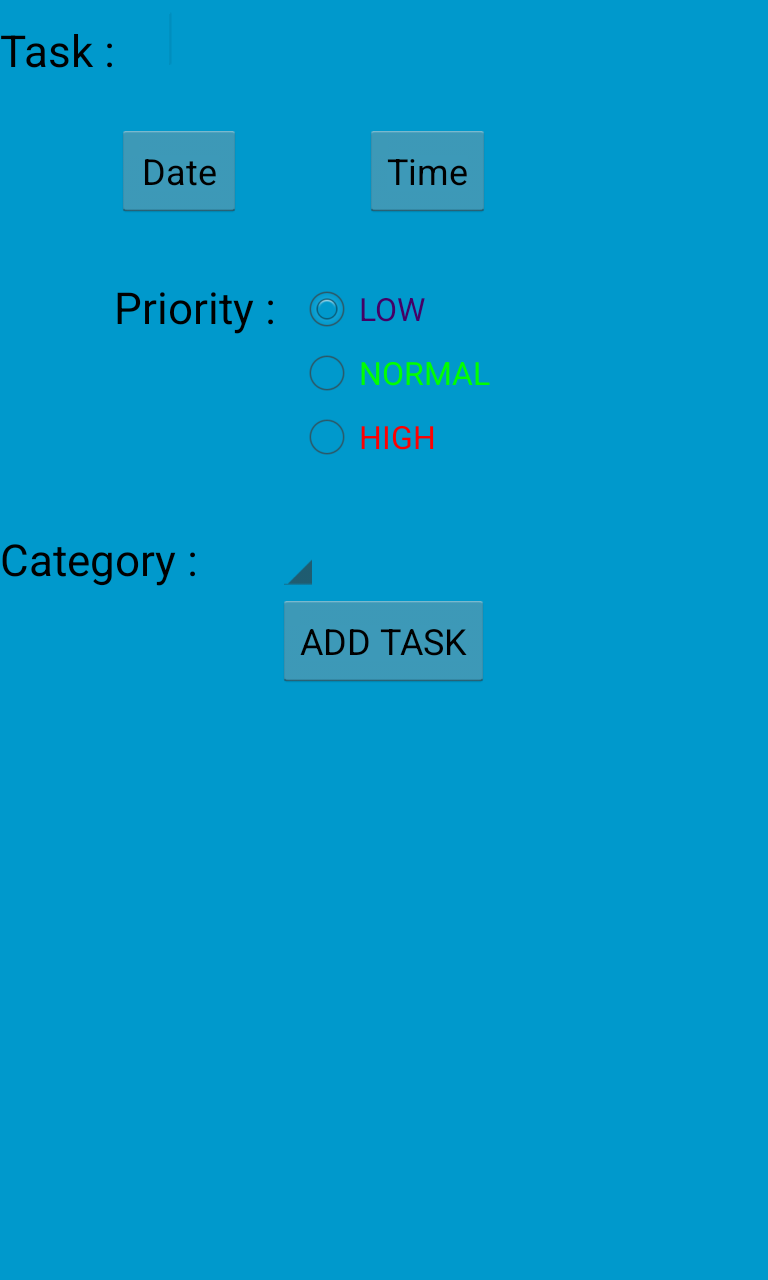
Repository: satyadarls/ToDo
Layout: ToDo/res/layout/customdialog_layout.xml
These files come from the project's save history. The layout is drawn as it stood at one moment and after the next save; the edit follows.
It is drawn on a 768 x 1280 px phone screen (xhdpi) without system bars, with theme AppTheme; the app's code is not run.

Above is the layout before, as saved 2014-07-08 09:36:24.

### ToDo/res/layout/customdialog_layout.xml
<?xml version="1.0" encoding="utf-8"?>
<RelativeLayout xmlns:android="http://schemas.android.com/apk/res/android"
    xmlns:android1="http://schemas.android.com/apk/res/android"
    android:layout_width="match_parent"
    android:layout_height="match_parent"
    android:background="#0099CC" >

    <TextView
        android:id="@+id/textView1"
        android:layout_width="wrap_content"
        android:layout_height="wrap_content"
        android:layout_alignBottom="@+id/dialogTaskText"
        android:layout_alignParentLeft="true"
        android:text="Task :"
        android:textAppearance="?android:attr/textAppearanceLarge" />

    <Button
        android:id="@+id/timebutton"
        android:layout_width="wrap_content"
        android:layout_height="wrap_content"
        android:layout_alignBaseline="@+id/datebutton"
        android:layout_alignBottom="@+id/datebutton"
        android:layout_marginLeft="60dp"
        android:layout_toRightOf="@+id/datebutton"
        android:text="Time" />

    <Button
        android:id="@+id/datebutton"
        android:layout_width="wrap_content"
        android:layout_height="wrap_content"
        android:layout_below="@+id/dialogTaskText"
        android:layout_marginTop="22dp"
        android:layout_toRightOf="@+id/textView1"
        android:text="Date" />

    <EditText
        android:id="@+id/dialogTaskText"
        android:layout_width="wrap_content"
        android:layout_height="wrap_content"
        android:layout_alignLeft="@+id/datebutton"
        android:layout_alignParentTop="true"
        android:layout_marginLeft="15dp"
        android:ems="10" >

        <requestFocus />
    </EditText>

    <RadioGroup
        android:id="@+id/radioGroup1"
        android:layout_width="wrap_content"
        android:layout_height="wrap_content"
        android:layout_alignRight="@+id/dialogButton"
        android:layout_below="@+id/timebutton"
        android:layout_marginTop="29dp" >

        <RadioButton
            android:id="@+id/radio0"
            android:layout_width="wrap_content"
            android:layout_height="wrap_content"
            android:checked="true"
            android:textColor="#440066"
            android:text="LOW" />

        <RadioButton
            android:id="@+id/radio1"
            android:layout_width="wrap_content"
            android:layout_height="wrap_content"
            android:textColor="#00ff00"
            android:text="NORMAL" />

        <RadioButton
            android:id="@+id/radio2"
            android:layout_width="wrap_content"
            android:layout_height="wrap_content"
            android:textColor="#ff0000"
            android:text="HIGH" />
    </RadioGroup>

    <TextView
        android:id="@+id/textView2"
        android:layout_width="wrap_content"
        android:layout_height="wrap_content"
        android:layout_alignTop="@+id/radioGroup1"
        android:layout_toLeftOf="@+id/dialogButton"
        android:text="Priority :"
        android:textAppearance="?android:attr/textAppearanceLarge" />

    <TextView
        android1:id="@+id/textView3"
        android1:layout_width="wrap_content"
        android1:layout_height="wrap_content"
        android1:layout_alignParentLeft="true"
        android1:layout_below="@+id/radioGroup1"
        android1:layout_marginTop="30dp"
        android1:text="Category :"
        android1:textAppearance="?android:attr/textAppearanceLarge" />

    <Spinner
        android1:id="@+id/spinnercategory"
        android1:layout_width="wrap_content"
        android1:layout_height="wrap_content"
        android1:layout_alignTop="@+id/textView3"
        android1:layout_toRightOf="@+id/textView2" />

    <Button
        android1:id="@+id/dialogButton"
        android1:layout_width="wrap_content"
        android1:layout_height="wrap_content"
        android1:layout_below="@+id/spinnercategory"
        android1:layout_centerHorizontal="true"
        android1:text="ADD TASK" />

</RelativeLayout>

Loaded but not shown: ToDo/res/values/styles.xml (common file); ToDo/res/values-v11/styles.xml (common file); ToDo/res/values-v14/styles.xml (common file)

After the next save:
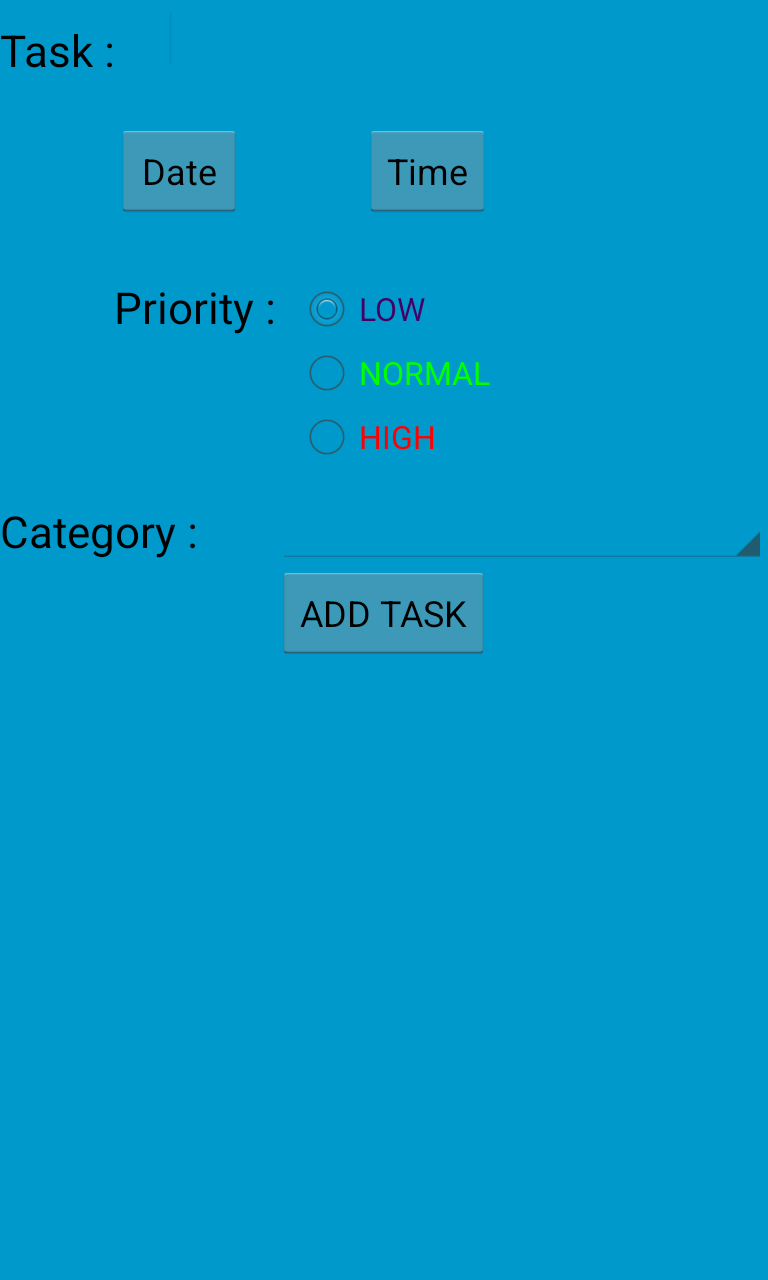
Saved 42 s later.
--- a/ToDo/res/layout/customdialog_layout.xml
+++ b/ToDo/res/layout/customdialog_layout.xml
@@ -85,23 +85,6 @@
         android:text="Priority :"
         android:textAppearance="?android:attr/textAppearanceLarge" />
 
-    <TextView
-        android1:id="@+id/textView3"
-        android1:layout_width="wrap_content"
-        android1:layout_height="wrap_content"
-        android1:layout_alignParentLeft="true"
-        android1:layout_below="@+id/radioGroup1"
-        android1:layout_marginTop="30dp"
-        android1:text="Category :"
-        android1:textAppearance="?android:attr/textAppearanceLarge" />
-
-    <Spinner
-        android1:id="@+id/spinnercategory"
-        android1:layout_width="wrap_content"
-        android1:layout_height="wrap_content"
-        android1:layout_alignTop="@+id/textView3"
-        android1:layout_toRightOf="@+id/textView2" />
-
     <Button
         android1:id="@+id/dialogButton"
         android1:layout_width="wrap_content"
@@ -110,4 +93,22 @@
         android1:layout_centerHorizontal="true"
         android1:text="ADD TASK" />
 
+    <Spinner
+        android1:id="@+id/spinnercategory"
+        android1:layout_width="wrap_content"
+        android1:layout_height="wrap_content"
+        android1:layout_alignLeft="@+id/dialogButton"
+        android1:layout_alignParentRight="true"
+        android1:layout_below="@+id/radioGroup1"
+        android1:layout_marginTop="16dp" />
+
+    <TextView
+        android1:id="@+id/textView3"
+        android1:layout_width="wrap_content"
+        android1:layout_height="wrap_content"
+        android1:layout_alignParentLeft="true"
+        android1:layout_alignTop="@+id/spinnercategory"
+        android1:text="Category :"
+        android1:textAppearance="?android:attr/textAppearanceLarge" />
+
 </RelativeLayout>
